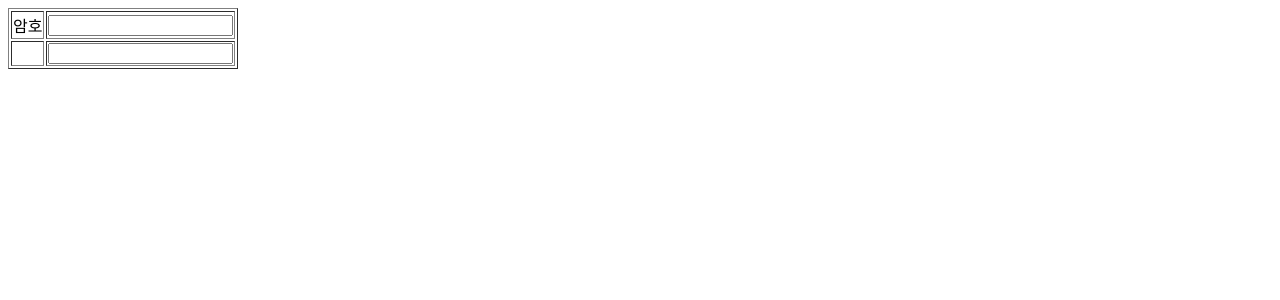
Repository: Yousehyeon/spring_work
Page: stsMvcProj/src/main/webapp/views/board/deleteForm.html
These files come from the project's save history. The page is drawn as it stood at one moment and after the next save; the edit follows.
The browser window is 1280 px wide. The pictures show the whole page.

Above is the page before, as saved 2023-08-28 03:54:44.

### stsMvcProj/src/main/webapp/views/board/deleteForm.html
<!DOCTYPE html>
<html xmlns="http://www.thymeleaf.org">
<head>
<meta charset="UTF-8">
<title>Insert title here</title>
</head>
<body>
<form action="" method="post">
	<table border="">
		<tr>
			<td>암호</td>
			<td><input type="text" /></td>
		</tr>
		<tr>
			<td></td>
			<td><input type="" /></td>
		</tr>
	</table>
</form>
</body>
</html>

After the next save:
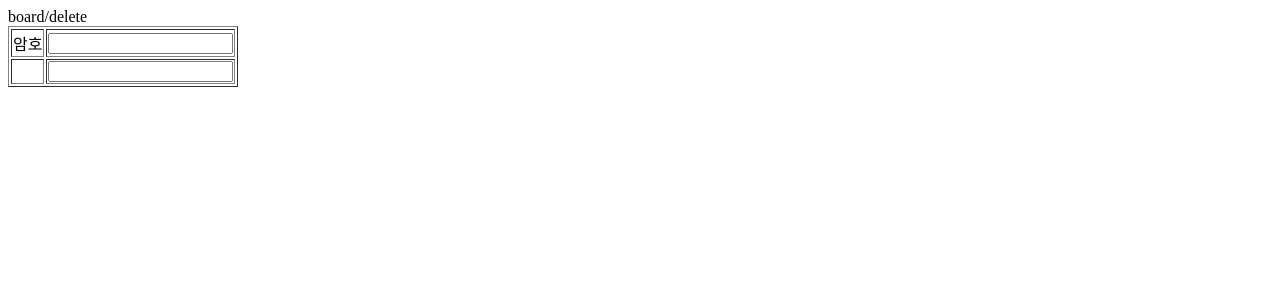
Saved 7 s later.
--- a/stsMvcProj/src/main/webapp/views/board/deleteForm.html
+++ b/stsMvcProj/src/main/webapp/views/board/deleteForm.html
@@ -5,6 +5,7 @@
 <title>Insert title here</title>
 </head>
 <body>
+	board/delete
 <form action="" method="post">
 	<table border="">
 		<tr>
